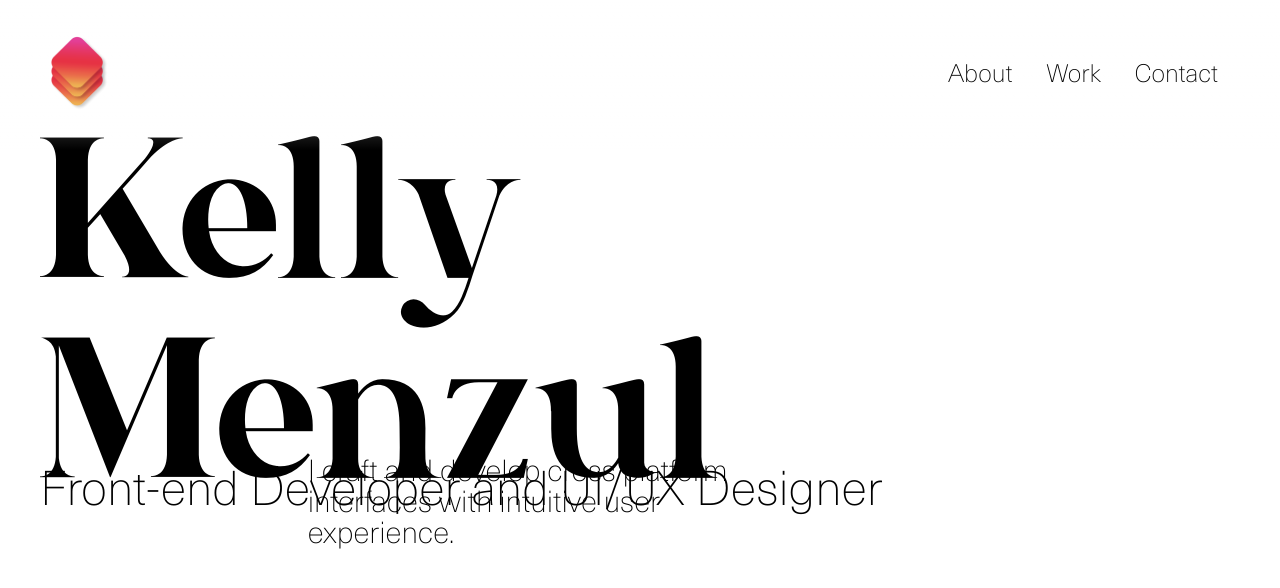
Repository: KellyMenzul/Kelly-Menzul
Page: /
These files come from the project's save history. The page is drawn as it stood at one moment and after the next save; the edit follows.
The browser window is 1280 px wide. The pictures show the whole page.
An inner scrolling area shows only its first screen. The project was rebuilt for these pictures with package versions that can differ from the ones it lists, and the page was loaded fresh each time. The framework's server and built-in components were replaced by stand-ins that run in the browser. Also part of the build but not shown: next.config.js, comps/Position/index.js, comps/Head/index.js, comps/Screens/index.js, comps/RegularButton/index.js, styles/Home.module.css, comps/AboutMeAccordion/index.js.

Above is the page before, as saved 2022-02-19 18:22:17.

### pages/_app.js
import '../styles/globals.css';
import {motion} from 'framer-motion';

function MyApp({ Component, pageProps, router }) {
  return(
    <motion.div key={router.route} initial="pageInitial" animate="pageAnimate" variants={{
      pageInitial: {
        opacity:0,

      },
      pageAnimate: {
        opacity:1,
        transition: {
          duration:2
        }

      }
    }}>
  <Component {...pageProps} />
  </motion.div>

    )
}

export default MyApp

### pages/_document.js
import Document from 'next/document';
import { ServerStyleSheet } from 'styled-components';

export default class MyDocument extends Document {
 static async getInitialProps(ctx) {
   const sheet = new ServerStyleSheet();
   const originalRenderPage = ctx.renderPage;

   try {
     ctx.renderPage = () =>
       originalRenderPage({
         enhanceApp: (App) => (props) =>
           sheet.collectStyles(<App {...props} />),
       });

     const initialProps = await Document.getInitialProps(ctx);
     return {
       ...initialProps,
       styles: (
         <>
           {initialProps.styles}
           {sheet.getStyleElement()}
         </>
       ),
     };
   } finally {
     sheet.seal();
   }
 }
}

### pages/index.js
import styled from 'styled-components'
import MenuBar from '../comps/MenuBar'
import Name from '../comps/Name'
import Position from '../comps/Position'
import Intro from '../comps/Intro'
import Head from '../comps/Head'
import Load from '../comps/Load'
import Role from '../comps/Role'
import Screens from '../comps/Screens'
import { style } from '@mui/system'
import { useState, useEffect } from 'react'
import { animate, animationControls, motion, useAnimation } from 'framer-motion'
import InView, { useInView } from 'react-intersection-observer'
import RegularButton from '../comps/RegularButton'
import styles from '../styles/Home.module.css'
import MenuBar2 from '../comps/MenuBar2'
import AboutMeAccordion from '../comps/AboutMeAccordion'


const Holder = styled.div`
display:flex;
flex-direction:column;
align-items:center;
width:100%;
height:100%;
flex-wrap:wrap;
`

const MenuHolder = styled.div`
display:flex;
flex-direction:column;
width:100%;
position:fixed;
justify-content:center;
align-items:center;
z-index:2;
`
const ContentHolder = styled.div `
display:flex;
flex-direction:column;
`

const LandingHolder = styled.div`
display:flex;
flex-direction:row;
position:relative;
width:100%;
height:100vh;
padding:40px;

@media only screen and (max-width: 600px) {
  flex-direction:column;
  padding:20px;
  height:100vh;
}

@media only screen and (min-device-width : 601px) and (max-device-width : 1024px){
  flex-direction:column;
}
`

const LandingHolderLeft = styled.div`
display:flex;
flex:2;
flex-direction:column;

@media only screen and (max-width: 600px) {
  flex:1;
}
@media only screen and (min-device-width : 601px) and (max-device-width : 1024px){
  margin-top:-200px;
}
`

const LandingHolderRight = styled.div`
display:flex;
flex:1;
align-items:flex-start;
justify-content:flex-end;
@media only screen and (max-width: 600px) {
  align-items:flex-start;
}
@media only screen and (min-device-width : 601px) and (max-device-width : 1024px){
  margin-top:-200px;
}
`

const NameHolder = styled.div`
display:flex;
flex-direction:column;
align-items:center;
justify-content:center;
width:100%;
`

const IntroHolder = styled.div`
display:flex;
justify-content:center;
align-items:flex-start;
height:100%;
`
// About

const AboutHolder = styled.div`
display:flex;
flex-direction:column;
flex-wrap:wrap;
width:100%;
padding:20px;
background-color:red;
align-items:center;
justify-content:center;

@media only screen and (min-device-width : 601px) and (max-device-width : 1024px){
  flex-direction:row;
  justify-content:center;
  align-items:center;
}

@media only screen and (min-width: 1025px) {
  flex-direction:row;
}


`

const  AboutHolderLeft = styled.div`
flex:1;
align-items:center;
position:relative;
width:100%;
max-height:600px;
justify-content:center;
display:flex;
flex-direction:column;
margin-bottom:200px;
z-index:-1;

@media only screen and (min-device-width : 601px) and (max-device-width : 1024px){
  max-height:800px;
  display:none;
  position:none;
}

@media only screen and (min-width: 1025px) {
  display:none;
  flex-wrap:wrap;
}
`

const HeroImage = styled.img`
display:none;
width:100%;
height:100%;

@media only screen and (max-width: 600px) {
  display:flex;
  width:300%;
}


@media only screen and (min-device-width : 601px) and (max-device-width : 1024px){
display:flex;
 width:180%;
 margin-right:80px;
}

@media only screen and (min-width: 1025px) {
  display:none;
  flex-direction:row;
}
`

const AboutHolderImage = styled.div `
flex:1;
align-items:center;
position:relative;
width:100%;
max-height:600px;
justify-content:center;
display:none;
flex-direction:column;
margin-bottom:200px;
z-index:-1;

@media only screen and (max-width: 600px) {
  display:none
}

@media only screen and (min-device-width : 601px) and (max-device-width : 1024px){
  max-height:800px;
  margin-bottom:50px;
  display:flex;
}

@media only screen and (min-width: 1025px) {
  display:none;
}
`

const DesktopHolderImage = styled.div `
display:flex;

@media only screen and (max-width: 600px) {
  display:none
}

@media only screen and (min-device-width : 601px) and (max-device-width : 1024px){
  display:none;
}

@media only screen and (min-width: 1025px) {
  flex:1;
  background-color:blue;
}
`

const DesktopImage = styled.img`
max-width:100%;
`

const AboutHolderRight = styled.div`
display:flex;
width:100%;
flex-direction:column;
flex:1;

@media only screen and (min-width: 1025px) {
  align-items:center;
  justify-content:center;
}
`
const AboutMeHolder = styled.div`
display:flex;
flex-direction:column;
width:100%;
gap:20px;
background-color:green;

@media only screen and (min-width: 1025px) {
  width:70%;
  align-items:left;
  flex-wrap:wrap;
}
`

// work

const WorkHolder = styled.div `
display:flex;
flex-direction:column;
width:100%;
margin-bottom:200px;
background-color:green;
`
const  WorkHolderLeft = styled.div`
display:flex;
align-items:center;
justify-content:center;
flex:1;
`

const  WorkHolderRight = styled.div`
flex:1;
display:flex;
align-items:center;
justify-content:center;
`

const LoadHolder = styled.div`
position:relative;
z-index:-1;
display:block;
`

const HeadHolder = styled.div `
display:flex;
flex-direction:column;
width:100%;
background-color:blue;
padding-top:40px;
@media only screen and (max-width: 600px) {
  display:flex;
}

@media only screen and (min-device-width : 601px) and (max-device-width : 1024px) {
  display:none;
}

@media only screen and (min-width: 1024px) {
  display:none;
}
`

const FullHeadHolder = styled.div`
display:none;
@media only screen and (min-device-width : 601px) and (max-device-width : 1024px) {
  display:block;
}
@media only screen and (min-width: 1024px) {
  display:flex;;
}
`

const TextHolder  =styled.div``

const ContainerLeft = styled.div`
display:flex;
flex-direction:column;
flex:1;
width:100%;
align-items:center;
justify-content:center;
`
const ContainerRight = styled.div`
display:flex;
flex-direction:column;
width:100%;
flex:1;
align-items:center;
justify-content:center;
`

const AppHolder = styled.div`
display:flex;
width:100%;
padding:20px;
padding-top:60px;
align-items:center;
justify-content:center;
`
const AccordionHolder = styled.div ``


export default function Home() {
  const {ref, inView} = useInView();
  const animation = useAnimation();


  useEffect(()=> {
    if(inView){
      animation.start({
        opacity:1,
        transition: {
          duration:3
        }
      });
    }
    if(!inView){
      animation.start({opacity:0,})
    }
    console.log("use effect hook, inView = ", inView);
  }, [inView]);

  return (
    <Holder>
      <MenuHolder>
        <MenuBar />
        <MenuBar2/>
      </MenuHolder>
      <ContentHolder>
      <LandingHolder>
        <LandingHolderLeft>
          <NameHolder
                 id='landing'
                 as={motion.div}
                 initial="hidden" animate="visible" variants={{
                   hidden: {
                     opacity:0,
                     x:-100

                   },
                   visible: {
                     opacity: 1,
                     x:0,

                     transition: {
                       duration:2,
                     }
                   }
                 }}>
            <Name/>
            <Role/>
          </NameHolder>
        </LandingHolderLeft>
        <LandingHolderRight
               id='landing'
               as={motion.div}
               initial="hidden" animate="visible" variants={{
                 hidden: {
                   opacity:0,

                 },
                 visible: {
                   opacity: 1,

                   transition: {
                     delay:1.5,
                     duration:3,
                   }
                 }
               }}
        >
          <IntroHolder>
           <Intro/>
          </IntroHolder>
        </LandingHolderRight>

        <LoadHolder
               id='landing'
               as={motion.div}
               initial="hidden" animate="visible" variants={{
                 hidden: {
                   opacity:0,
                   x:100

                 },
                 visible: {
                   opacity: 1,
                   x:0,

                   transition: {
                     duration:2,
                   }
                 }
               }}>

          <Load width='300%'/>
        </LoadHolder>
      </LandingHolder>

      {/* <AboutHolder id='about'>
        <HeadHolder>
          <Head text='Hi There!'/>
        </HeadHolder>
        <AboutHolderImage>
          <HeroImage src='/me2.png'/>
        </AboutHolderImage>
        <DesktopHolderImage>
          <DesktopImage src='/me2.png'/>
        </DesktopHolderImage>
        <AboutHolderRight>
            <AboutMeHolder>
                <FullHeadHolder>
                  <Head text='Hi there!'/>
                </FullHeadHolder>
                  <Position fontsize='16px' text='My name is Kelly and I am a front-end developer and UX/UI Designer! I like to create online platforms and easy to use interface designs. My passion started when I took a digital media class in high school. From there, I developed an interest in development and design which has lead me to where I am today.'/>
                <AccordionHolder>
                  <AboutMeAccordion/>
                </AccordionHolder>
            </AboutMeHolder>
        </AboutHolderRight>
        <AboutHolderLeft>
          <HeroImage src='/me2.png'/>
        </AboutHolderLeft>
      </AboutHolder> */}

      {/* <RegularButton target='_blank' link='https://dribbble.com/KellyMenzul' width='300px' buttontext="View my design work"/> */}

      {/* <AppHolder id="work">
        <Head headsize='50px' text='Here is some of my work!'/>
      </AppHolder>

      <WorkHolder>
        <ContainerLeft>
            <Screens info='Front-end Development | UX/UI Design' linkhref='/mindful' name='Mindful'/>
            <Screens info='Wordpress | UX/UI Design' linkhref='/tinypaws' src='tinypawsscreen.png' name='Tinypaws' />
        </ContainerLeft>
        <ContainerRight>
            <Screens info='Front-end Development | UX/UI Design'  linkhref='/wecycle' name='Wecycle' src='wecyclescreen.png'/>
            <Screens info='Wordpress | UX/UI Design' linkhref='/frankocean' src='frankoceanscreen.png' name='Frank Ocean'/>
        </ContainerRight>
      </WorkHolder> */}
    </ContentHolder>
  </Holder>
  )
}

### styles/globals.css
@font-face {
  font-family: "textbold";
  src: url(../public/fonts/NeueHaasUnica/NeueHaasUnica-Bold.ttf);
  font-display: swap;
}

@font-face {
  font-family: "textlight";
  src: url(../public/fonts/NeueHaasUnica/NeueHaasUnica-ExtraLight.ttf);
  font-display: swap;
}

@font-face {
  font-family: "textlighttwo";
  src: url(../public/fonts/NeueHaasUnica/NeueHaasUnica-Light.ttf);
  font-display: swap;
}

@font-face {
  font-family: "heading";
  src: url(../public/fonts/GishellaMorely/Gishella\ Morely.ttf);
  font-display: swap;
}

html,
body {
  padding: 0;
  margin: 0;
  font-family: "textlight";
  scroll-behavior: smooth;
  overflow-x: hidden;
}


a {
  color: inherit;
  text-decoration: none;
}

* {
  box-sizing: border-box;
}

### comps/MenuBar/index.js
import styled from "styled-components";
import React from "react";
import Link from "next/link";
// import { useTheme } from "../../utils/provider";

const Holder = styled.div `
display:flex;
align-items:center;
justify-content:center;
width:100%;
height:150px;
background: rgb(255,255,255);
background: linear-gradient(180deg, rgba(255,255,255,1) 0%, rgba(148,187,233,0) 100%);

@media only screen and (max-width: 992px) {
    display:none;
}
`
const LogoHolder = styled.div `
margin-left:50px;
`

const Left = styled.div`
flex:1;
`

const Right = styled.div`
flex:1;
display:flex;
justify-content:flex-end;
`

const MenuButtonHolder = styled.div`
display:flex;
flex-firection:row;
width:100%;
justify-content:flex-end;
gap:30px;
margin-right:50px;
@media only screen and (max-width: 1500px) {
    gap:10px;
}
`

const MenuButton = styled.button`
border-style:none;
background-color:${props=>props.bgcolor};
font-family:"textlight";
font-size:25px;
color:black;
padding:12px;

&:hover {
    text-decoration:underline;
}
`

const Logo = styled.img`
width:10%;

@media only screen and (max-width: 550px){
    display:none;
}
`


const MenuBar = ({
    onButtonPress=()=>{},
    bgcolor="transparent",
}) => {
    return <Holder>
        <Left>
            <Link href="#landing">
            <LogoHolder>
                <Logo src="logo.png"/>
            </LogoHolder>
            </Link>
        </Left>
        <Right>
            <MenuButtonHolder>
                <Link href="#about">
                    <MenuButton bgcolor={bgcolor} onClick={()=>{onButtonPress()}}>About</MenuButton>
                </Link>

                <Link href="#work">
                <MenuButton bgcolor={bgcolor}>Work</MenuButton>
                </Link>

                <Link href="mailto:kmnzul@gmail.com">
                    <MenuButton bgcolor={bgcolor}>Contact</MenuButton>
                </Link>

            </MenuButtonHolder>
        </Right>
    </Holder>
}

export default MenuBar;

### comps/Name/index.js
import styled from "styled-components";
import React from "react";
import { style } from "@mui/system";

const TextHolder = styled.div `
dispay:flex;
flex-wrap:wrap;
width:100%;
padding-top:30px;

@media only screen and (min-width : 601px){
    margin-top:100px;
}
`

const Text = styled.h1`
font-family:"heading";
font-size:288px;
font-weight:400;
line-height:250px;

@media only screen and (max-width: 600px) {
    font-size:96px;
    line-height:90px;
}

@media only screen and (min-width : 601px){
    font-size:200px;
    line-height:200px;
}
`

const Name = ({}) => {
    return <TextHolder>
        <Text>Kelly Menzul</Text>
        </TextHolder>

}

export default Name;

### comps/Intro/index.js
import styled from "styled-components";
import React from "react";

const TextHolder = styled.div `
dispay:flex;
flex-wrap:wrap;
width:100%;
`

const Text = styled.h1`
font-family:"textlight";
font-weight:400;
font-size:36px;

@media only screen and (max-width: 600px) {
    font-size:24px;
}

@media only screen and (min-device-width : 601px) {
    font-size:30px;
    width:50%;
}
`

const Intro = ({}) => {
    return <TextHolder>
        <Text>I craft and develop cross platform interfaces with intuitive user experience.</Text>
        </TextHolder>

}

export default Intro;

### comps/Load/index.js
import styled from 'styled-components';
import React, {useEffect, useRef, useState} from 'react';
import lottie from 'lottie-web';


const Container = styled.div`
    width:${props=>props.width};
    position:absolute;
    z-index:-20;

    @media only screen and (max-width: 600px) {
        bottom:-500px;
        left:-200px;
      }
`

// const Buttons = styled.button``
var anim = null;


const Load = ({
    width="100%"
}) => {
    const container = useRef(null)

    useEffect(() => {
        anim = lottie.loadAnimation({
            container: container.current,
            renderer: 'svg',
            loop: true,
            autoplay:true,
            animationData: require('../../public/load.json')

        })
        lottie.setSpeed(0.1);
    }, [])

    return <Container width={width}>
        <div className="container" ref={container}></div>
    </Container>
}

export default Load;

### comps/Role/index.js
import styled from "styled-components";
import React from "react";

const TextHolder = styled.div`
dispay:flex;
flex-wrap:wrap;
width:100%;
height:100%;
`

const Text = styled.p`
font-family:"textlight";
font-size:${props=>props.fontsize};
font-weight:400;
margin-top:-160px;
line-height:30px;

@media only screen and (max-width: 600px) {
    font-size:19px;
    line-height:20px;
    margin-top:-60px;
}
`
// margin-top:-160px;
const Role = ({
    text = "Front-end Developer and UI/UX Designer",
    fontsize = "48px",
}) => {
    return <TextHolder>
    <Text fontsize={fontsize}>{text}</Text>
    </TextHolder>
}

export default Role;

### comps/MenuBar2/index.js
import styled from "styled-components";
import React from "react";
import Link from "next/link";
import { useState } from "react";
// import { useTheme } from "../../utils/provider";

const Holder = styled.div `
display:flex;
flex-direction:column;
width:100%;
height:100%;
align-items:center;

@media only screen and (min-width: 992px) {
    display:none;
}
`
const LogoHolder = styled.div `
margin-left:50px;
`

const Left = styled.div`
flex:1;
`

const Right = styled.div`
flex:1;
display:flex;
justify-content:flex-end;
`

const MenuButtonHolder = styled.div`
display:flex;
flex-firection:row;
width:100%;
justify-content:flex-end;
gap:30px;
margin-right:50px;
`

const MenuButton = styled.button`
border-style:none;
background-color:${props=>props.bgcolor};
font-family:"textlight";
font-size:25px;
color:black;
padding:12px;

&:hover {
    text-decoration:underline;
}
`

const Logo = styled.img`
width:10%;

@media only screen and (max-width: 992px) {
    width:10%;
}
`
const Top = styled.div `
display:flex;
width:100%;
padding:20px;
height:10%;
justify-content:space-between;
align-items:center;
background-color:white;
`

const MenuIcon = styled.img `
width:30px;
height:30px;
transform: ${props=>props.rotate};
transition:transform 0.5s ease-in-out;
`

const Bottom = styled.div `
display:flex;
flex-direction:column;
align-items:center;
width:100%;
height:${props=>props.height}vh;
background-color:white;
transition:${props=>props.transition};
`
const Bottom1 = styled.div `
margin-top:100px;
display:flex;
flex-direction:row;
width:90%;
height:10%;
justify-content:center;
align-items:center;
border-bottom:solid 1px;
border-top:solid 1px;
opacity:${props=>props.opacity1};
transition-delay:${props=>props.transitiondelay1};
transition:${props=>props.transition1};
`
const HomeNumber = styled.div `
flex:1;
font-size:40px;
`
const HomeWord = styled.div `
flex:1;
font-size:40px;
`

const Bottom2 = styled.div `
display:flex;
flex-direction:row;
width:90%;
height:10%;
justify-content:center;
align-items:center;
border-bottom:solid 1px;
opacity:${props=>props.opacity2};
transition-delay:${props=>props.transitiondelay2};
transition:${props=>props.transition2};
`
const AboutNumber = styled.div `
flex:1;
font-size:40px;
`
const AboutWord = styled.div `
flex:1;
font-size:40px;
`

const Bottom3 = styled.div `
display:flex;
flex-direction:row;
width:90%;
height:10%;
justify-content:center;
align-items:center;
border-bottom:solid 1px;
opacity:${props=>props.opacity3};
transition-delay:${props=>props.transitiondelay3};
transition:${props=>props.transition3};
`
const WorkNumber = styled.div `
flex:1;
font-size:40px;
`
const WorkWord = styled.div `
flex:1;
font-size:40px;
`

const One = styled.p `
font-family:"heading";
`
const Home = styled.p `
font-family:"heading";
`

const Two = styled.p `
font-family:"heading";
`

const About = styled.p `
font-family:"heading";
`

const Three = styled.p `
font-family:"heading";
`

const Work = styled.p `
font-family:"heading";
`
const Contact = styled.div`
height:100vh;
width:90%;
display:flex;
flex-direction:column;
justify-content:flex-end;
opacity:${props=>props.opacity4};
transition-delay:${props=>props.transitiondelay4};
transition:${props=>props.transition4};
`

const Email = styled.p `
font-family:"textlight";
font-size:24px;
line-height:30px;
`

const MenuBar2 = ({
    onButtonPress=()=>{},
    bgcolor="transparent",
}) => {
    const [open, setOpen] = useState(false);
    var height = 0;
    var display = 'none';
    var rotate = 0;
    var transition = '0.5s ease-in-out';
    var opacity1 = 0;
    var transitiondelay1 = '0.5';
    var transition1 = "0.2s";
    var opacity2 = 0;
    var transitiondelay2 = '0.5';
    var transition2 = "0.2s";
    var opacity3 = 0;
    var transitiondelay3 = '0.5';
    var transition3 = "0.2s";
    var opacity4 = 0;
    var transitiondelay4 = '0.5';
    var transition4 = "0.2s";

    if(open){
        height = '90';
        display = 'flex';
        rotate = 'rotate(45deg)'
        transition = '0.5s ease-in-out';
        opacity1 = 1;
        transitiondelay1 = '0.5s';
        transition1 = "1.5s";
        opacity2 = 1;
        transitiondelay2 = '1s';
        transition2 = "1.5s";
        opacity3 = 1;
        transitiondelay3 = '1.5s';
        transition3 = "1.5s";
        opacity4 = 1;
        transitiondelay4 = '2s';
        transition4 = "1.5s";
    }
    return <Holder>
        <Top>
            <Logo src="logo.png"/>
            <MenuIcon rotate={rotate} src="/plus.svg" onClick={()=>setOpen(!open)}/>
        </Top>
        <Bottom transition={transition} height={height}>
            <Link href="#landing">
                <Bottom1 onClick={()=>setOpen(false)} transition1={transition1} transitiondelay1={transitiondelay1} opacity1={opacity1}>
                    <HomeNumber>
                        <One>1.</One>
                    </HomeNumber>
                    <HomeWord>
                        <Home>Home</Home>
                    </HomeWord>
                </Bottom1>
            </Link>
            <Link href="#about" >
                <Bottom2 onClick={()=>setOpen(false)} transition2={transition2} transitiondelay2={transitiondelay1} opacity2={opacity2}>
                    <AboutNumber>
                        <Two>2.</Two>
                    </AboutNumber>
                    <AboutWord>
                        <About>About</About>
                    </AboutWord>
                </Bottom2>
            </Link>
            <Link href="#work">
                <Bottom3 onClick={()=>setOpen(false)} transition3={transition3} transitiondelay3={transitiondelay3} opacity3={opacity3}>
                    <WorkNumber>
                        <Three>3.</Three>
                    </WorkNumber>
                    <WorkWord>
                        <Work>Work</Work>
                    </WorkWord>
                </Bottom3>
            </Link>
            <Contact transition4={transition4} transitiondelay4={transitiondelay4} opacity4={opacity4}>
                <Email>kmnzul@gmail.com<br/> 604-710-4926</Email>
            </Contact>

        </Bottom>


        {/* <Left>
            <Link href="../">
            <LogoHolder>
                <Logo src="logo.png"/>
            </LogoHolder>
            </Link>
        </Left>
        <Right>
            <MenuButtonHolder>
                <Link href="../#about">
                    <MenuButton bgcolor={bgcolor} onClick={()=>{onButtonPress()}}>About</MenuButton>
                </Link>

                <Link href="../#work">
                <MenuButton bgcolor={bgcolor}>Work</MenuButton>
                </Link>

                <Link href="mailto:kmnzul@gmail.com">
                <MenuButton bgcolor={bgcolor}>Contact</MenuButton>
                </Link>

            </MenuButtonHolder>
        </Right>   */}
    </Holder>
}

export default MenuBar2;

Loaded but not shown: public/load.json (1 lines, source omitted)

After the next save:
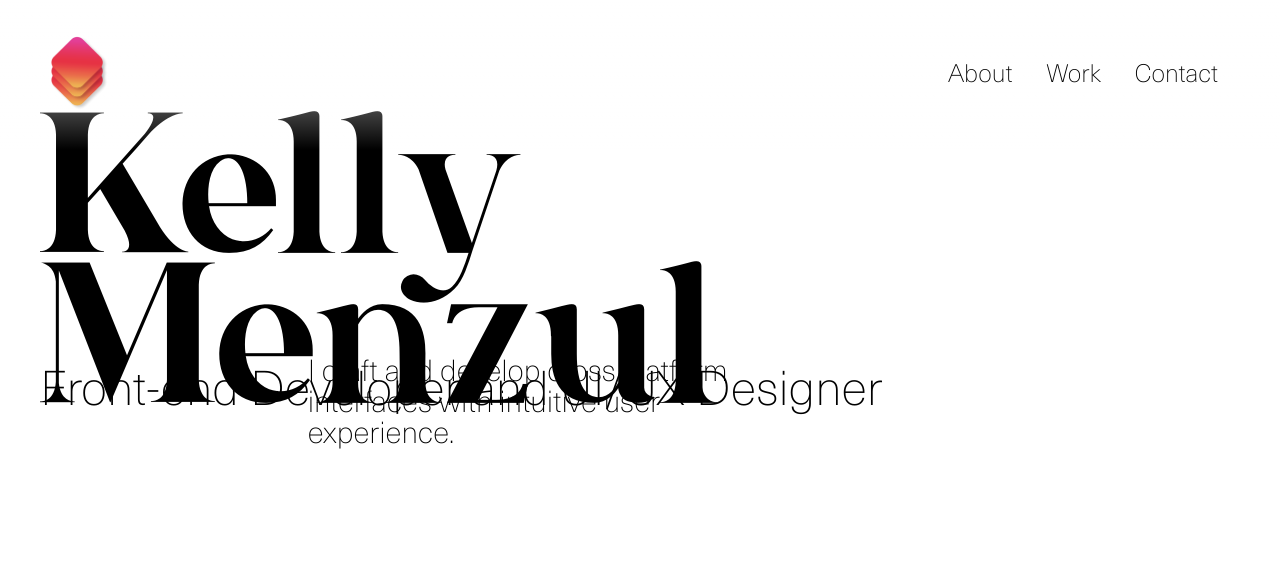
Saved 4 s later.
--- a/comps/Name/index.js
+++ b/comps/Name/index.js
@@ -26,7 +26,7 @@
 
 @media only screen and (min-width : 601px){
     font-size:200px;
-    line-height:200px;
+    line-height:150px;
 }
 `
 
